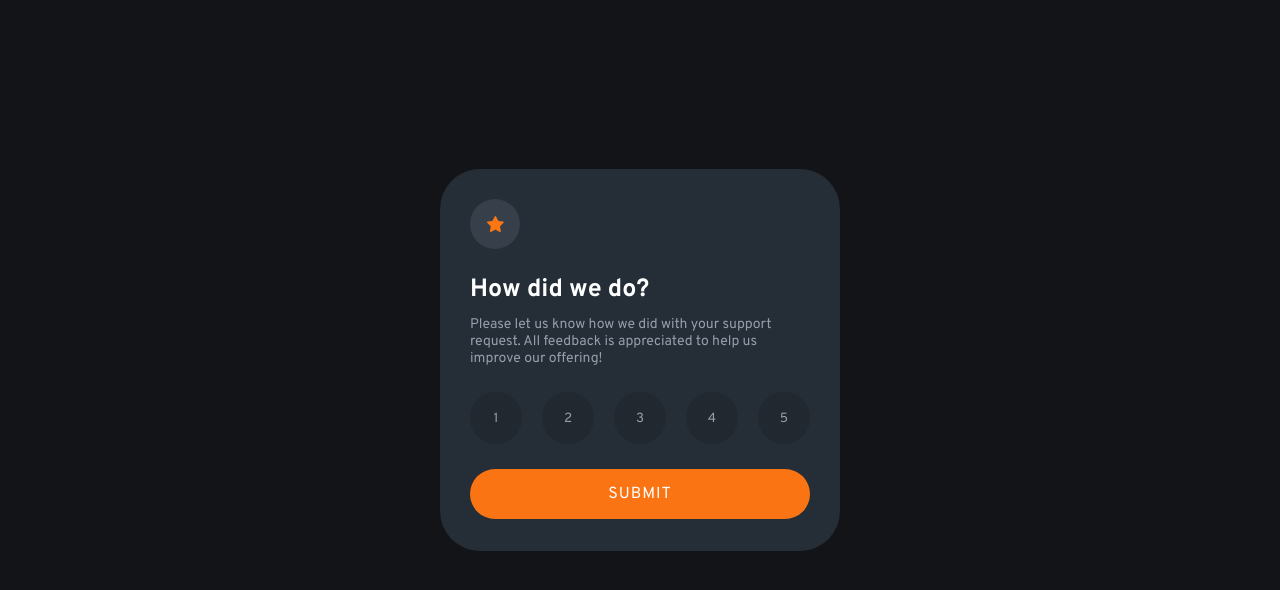
Repository: itbeginswithi/FrontebdMentor
Page: / (app in interactive-rating-component-main/)
An editor plug-in stored every save of this project. The page is shown before and after a run of saves, followed by the edit.
The browser window is 1280 px wide. The pictures show the whole page.
The project was rebuilt for these pictures with package versions that can differ from the ones it lists, and the page was loaded fresh each time.

Above is the page before, as saved 2022-07-24 11:47:29.

### interactive-rating-component-main/public/index.html
<!DOCTYPE html>
<html lang="en">
  <head>
    <meta charset="utf-8" />
    <link rel="icon" href="favicon-32x32.png" />
    <meta name="viewport" content="width=device-width, initial-scale=1" />
    <meta name="theme-color" content="#000000" />
    <meta
      name="description"
      content="Web site created using create-react-app"
    />
    <link rel="apple-touch-icon" href="%PUBLIC_URL%/logo192.png" />
    <link rel="manifest" href="%PUBLIC_URL%/manifest.json" />
    <title>React App</title>
  </head>
  <body>
    <noscript>You need to enable JavaScript to run this app.</noscript>
    <div id="root"></div>
  </body>
</html>

### interactive-rating-component-main/src/index.js
import React from 'react';
import ReactDOM from 'react-dom/client';
import './index.scss';
import App from './App';

const root = ReactDOM.createRoot(document.getElementById('root'));

root.render(
  <React.StrictMode>
    <App />
  </React.StrictMode>
);

### interactive-rating-component-main/src/index.scss
@import url('https://fonts.googleapis.com/css2?family=Overpass:wght@400;700&display=swap');

html{
  font-size: 62.5%;
}

body {
  box-sizing: border-box;
  font-family: 'Overpass';

}

*,
*:before,
*:after {
  margin: 0;
  padding: 0;
  font-family: inherit;
  box-sizing: inherit;
}

### interactive-rating-component-main/src/App.js
import React, { useState } from "react";

import IconStar from "./images/icon-star.svg";
import "./App.scss";

function App() {
  const [rating, setRating] = useState(null);
  const [isSent, setIsSent] = useState(false);

  const submitRating = (e) => {
    e.preventDefault();
    setIsSent(true);
  }

  return (
    <main>
      <div className="wrapper">
        {/* Rating */}
        <div className="rating__container">
          <div className="rating__star">
            <img src={IconStar} alt="Star Icon" />
          </div>

          <div className="rating__info">
            <h1>How did we do?</h1>
            <p>
              Please let us know how we did with your support request. All
              feedback is appreciated to help us improve our offering!
            </p>
          </div>

          <div className="rating__list" role="list">
            <button className="rating__list_btn" onClick={() => setRating(1)}>
              1
            </button>
            <button className="rating__list_btn" onClick={() => setRating(2)}>
              2
            </button>
            <button className="rating__list_btn" onClick={() => setRating(3)}>
              3
            </button>
            <button className="rating__list_btn" onClick={() => setRating(4)}>
              4
            </button>
            <button className="rating__list_btn" onClick={() => setRating(5)}>
              5
            </button>
          </div>

          <button type="submit" className="rating__cta" onClick={submitRating}>SUBMIT</button>
        </div>
        {/* Switches */}
      </div>
    </main>
  );
}

export default App;

### interactive-rating-component-main/src/App.scss
$primary: hsl(25, 97%, 53%);
$white: hsl(0, 0%, 100%);
$light-grey: hsl(217, 12%, 63%);
$medium-grey: hsl(216, 12%, 54%);
$dark-blue: hsl(213, 19%, 18%);
$very-dark-blue: hsl(216, 12%, 8%);

$fontsize: 1.5rem;
$regular: 400;
$bold: 700;

@mixin flex($direction: column, $ai: center, $jc: center, $gap: 0) {
    display: flex;
    flex-direction: $direction;
    align-items: $ai;
    justify-content: $jc;
    gap: $gap;
}

main{
    height: 100vh;
    width: 100vw;
    background-color: $very-dark-blue;

    @include flex($direction: row);
}

.wrapper{
    height: 38.2rem;
    width: min(90%, 40rem);
    background-color: $dark-blue;
    border-radius: 4rem;
    padding: 3rem;

    & .rating{
        &__container{
            @include flex($gap: 2.5rem, $ai: flex-start);
        }

        &__star{
            @include flex;

            height: 5rem;
            width: 5rem;

            background-color: rgba($medium-grey, 20%);
            border-radius: 100vmax;
        }

        &__info{
            h1{
                color: $white;
                font-weight: $bold;
                font-size: 2.5rem;
                margin-bottom: 1rem;
            }

            p{
                color: $light-grey;
                font-weight: $regular;
                font-size: 1.4rem;
            }
        }

        &__list{
            width: 100%;
            @include flex($direction: row, $gap: 2rem);

            &_btn{
                width: 20%;
                height: 5.2rem;
                border: 0;
                border-radius: 100vmax;
                color: $light-grey;
                background-color: rgba($very-dark-blue, 20%);
                cursor: pointer;
            }
        }

        &__cta{
            width: 100%;

            font-size: 1.6rem;
            font-weight: $regular;
            padding: 1.5rem 0;
            letter-spacing: .1rem;
            color: #fff;

            border: 0;
            border-radius: 100vmax;
            background-color: $primary;
            cursor: pointer;
        }
    }
}

After the next 3 saves:
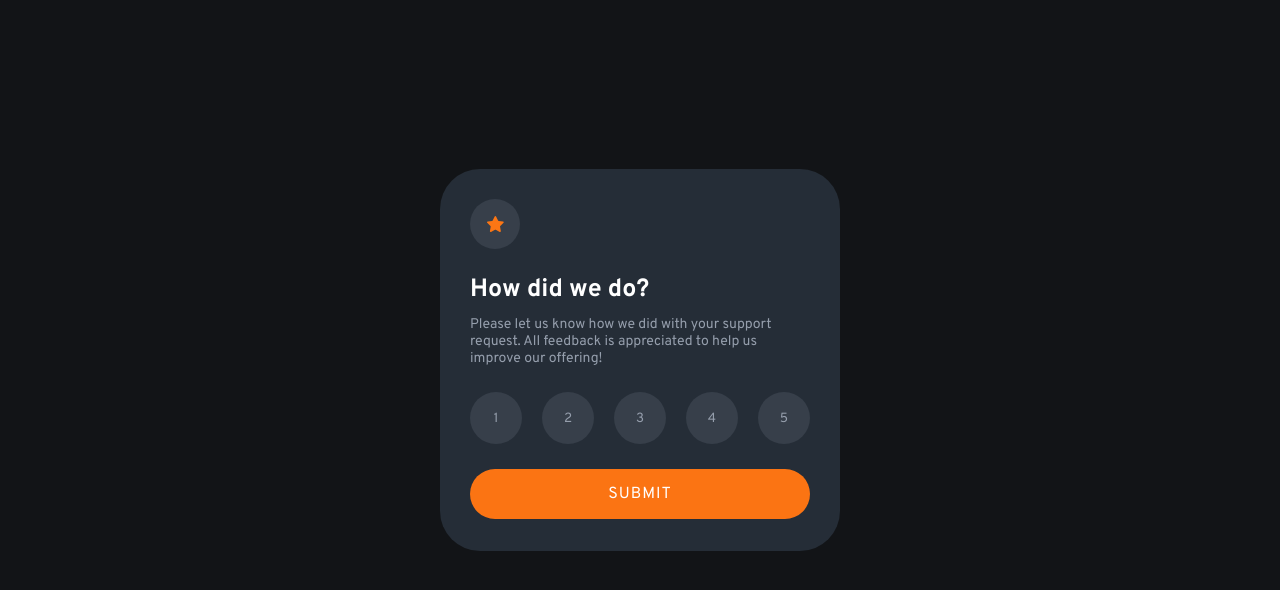
The 3 saves are shown as one change because they came seconds apart.
The last was saved 49 s later.
--- a/interactive-rating-component-main/src/App.scss
+++ b/interactive-rating-component-main/src/App.scss
@@ -72,7 +72,7 @@ main{
                 border: 0;
                 border-radius: 100vmax;
                 color: $light-grey;
-                background-color: rgba($very-dark-blue, 20%);
+                background-color: rgba($medium-grey, 20%);
                 cursor: pointer;
             }
         }
